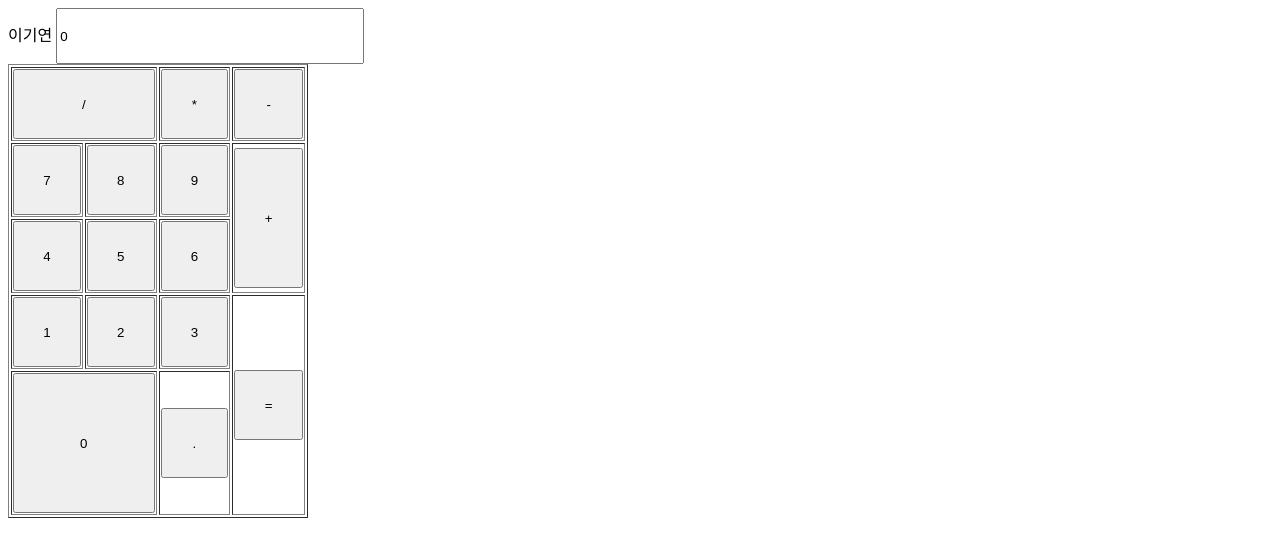
Repository: trapezer84/JSP
Page: http://localhost/AB_WebCalc/
The author's editor kept a copy of each file at every save. The page is drawn from the files as they stood at one save, then again after the next save.
The browser window is 1280 px wide. The pictures show the whole page.
The page is served by Tomcat 9. Other server files are loaded and not shown.

Above is the page before, as saved 2016-02-02 04:36:46.

### AB_WebCalc/WebContent/index.jsp
<%@ page language="java" contentType="text/html; charset=UTF-8"
    pageEncoding="UTF-8"%>
<!DOCTYPE html PUBLIC "-//W3C//DTD HTML 4.01 Transitional//EN" "http://www.w3.org/TR/html4/loose.dtd">
<html>
<head>
<meta http-equiv="Content-Type" content="text/html; charset=UTF-8">
<title>Insert title here</title>
</head>
<body>
	이기연
	<input type="text" id="display" value="0" style="width:300px; height:50px;"/>
		<table border="1" width="300" height="300">
			<tr>
				<td colspan="2"><input type="button" id="division" value="/" style="width:100%; height:70px;" /></td>
				<td><input type="button" id="miltiplication" value="*" style="width:100%; height:70px;" /></td>
				<td><input type="button" id="subplication" value="-" style="width:100%; height:70px;" /></td>
			</tr>
			<tr>
				<td><input type="button" id="7" value="7" style="width:100%; height:70px;" /></td>
				<td><input type="button" id="8" value="8" style="width:100%; height:70px;" /></td>
				<td><input type="button" id="9" value="9" style="width:100%; height:70px;" /></td>
				<td rowspan="2"><input type="button" id="addition" value="+" style="width:100%; height:140px;" /></td>
			</tr>
			<tr>
				<td><input type="button" id="4" value="4" style="width:100%; height:70px;" /></td>
				<td><input type="button" id="5" value="5" style="width:100%; height:70px;" /></td>
				<td><input type="button" id="6" value="6" style="width:100%; height:70px;" /></td>
			</tr>
			<tr>
				<td><input type="button" id="1" value="1" style="width:100%; height:70px;" /></td>
				<td><input type="button" id="2" value="2" style="width:100%; height:70px;" /></td>
				<td><input type="button" id="3" value="3" style="width:100%; height:70px;" /></td>
				<td rowspan="2"><input type="button" id="=" value="=" style="width:100%; height:70px;" /></td>
			</tr>
			<tr>
				<td colspan="2"><input type="button" id="0" value="0" style="width:100%; height:140px;" /></td>
				<td><input type="button" id="dot" value="." style="width:100%; height:70px;" /></td>
			</tr>
		</table>
</body>
</html>

After the next save:
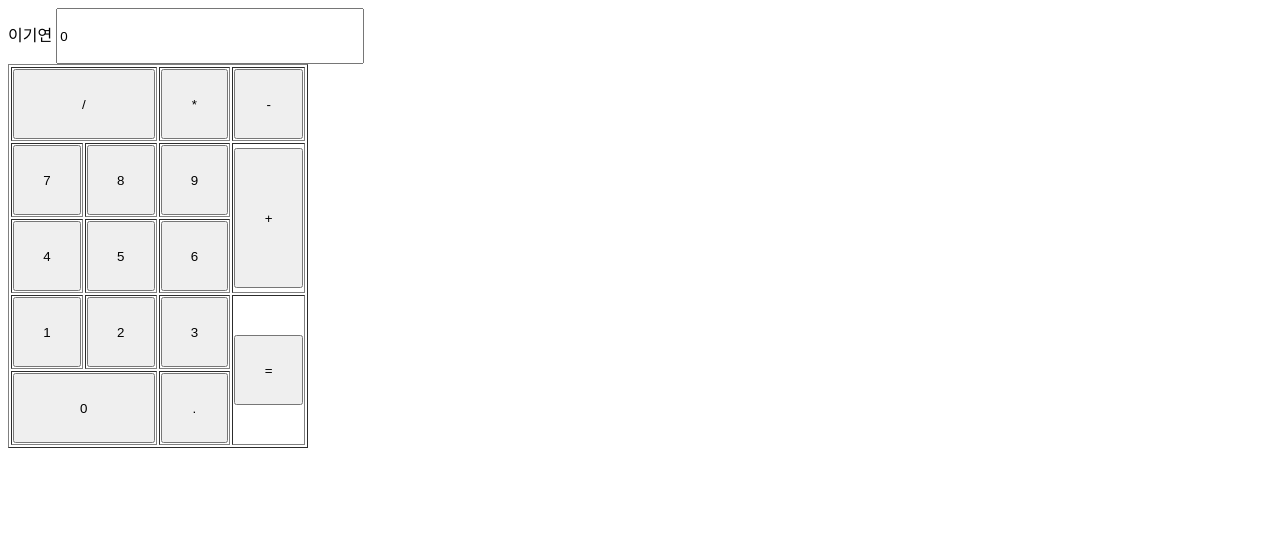
Saved 16 s later.
--- a/AB_WebCalc/WebContent/index.jsp
+++ b/AB_WebCalc/WebContent/index.jsp
@@ -33,7 +33,7 @@
 				<td rowspan="2"><input type="button" id="=" value="=" style="width:100%; height:70px;" /></td>
 			</tr>
 			<tr>
-				<td colspan="2"><input type="button" id="0" value="0" style="width:100%; height:140px;" /></td>
+				<td colspan="2"><input type="button" id="0" value="0" style="width:100%; height:70px;" /></td>
 				<td><input type="button" id="dot" value="." style="width:100%; height:70px;" /></td>
 			</tr>
 		</table>
